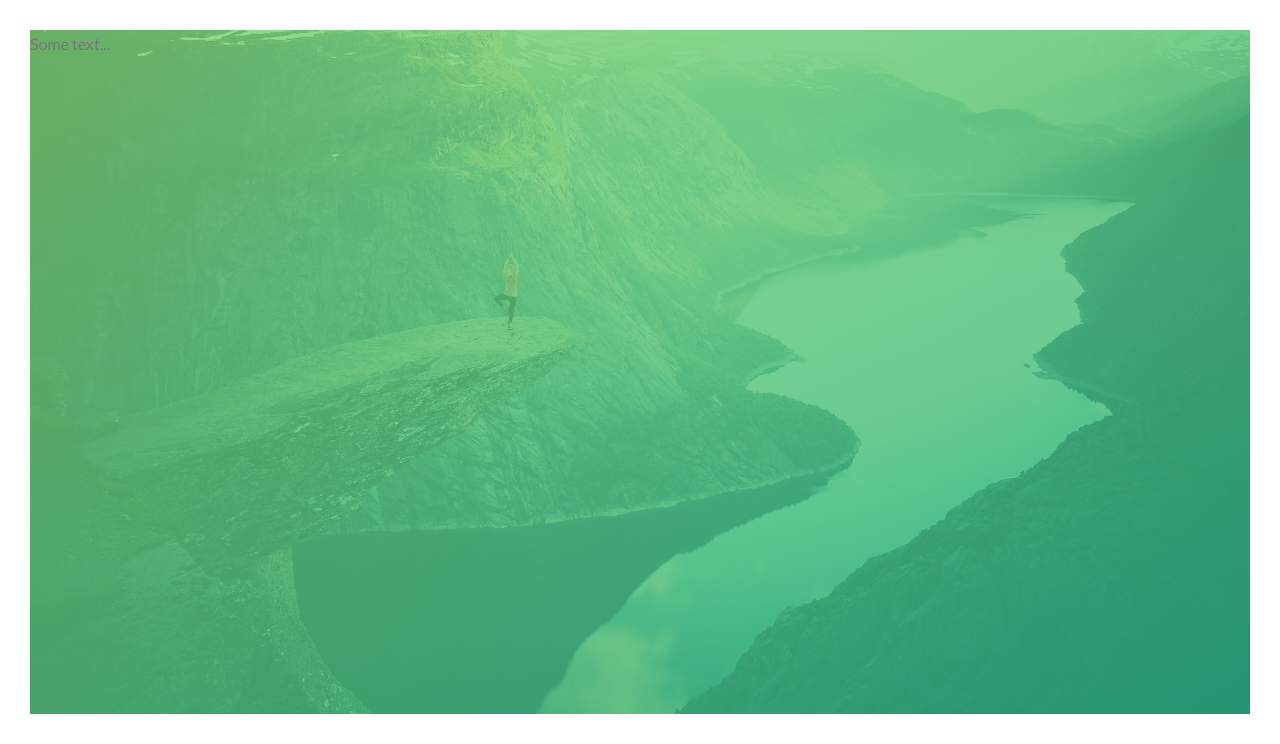
Repository: kamilluc/advanced-css-course
Page: Natours/my-implementation/index.html
An editor plug-in stored every save of this project. The page is shown before and after the next save, followed by the edit.
The browser window is 1280 px wide. The pictures show the whole page.

Above is the page before, as saved 2019-05-24 21:01:09.

### Natours/my-implementation/index.html
<!DOCTYPE html>
<html lang="en">
  <head>
    <meta charset="UTF-8" />
    <meta name="viewport" content="width=device-width, initial-scale=1.0" />

    <link
      href="https://fonts.googleapis.com/css?family=Lato:100,300,400,700,900"
      rel="stylesheet"
    />

    <link rel="stylesheet" href="css/icon-font.css" />
    <link rel="stylesheet" href="css/style.css" />
    <link rel="shortcut icon" type="image/png" href="img/favicon.png" />

    <title>Natours | Exciting tours for adventurous people</title>
  </head>
  <body>
    <!-- HEADER -->
    <header class="header">
      Some text...
    </header>
  </body>
</html>

### Natours/my-implementation/css/style.css
/*
COLORS:

Light green: #7ed56f
Medium green: #55c57a
Dark green: #28b485

*/

/* BASIC RESET, NORMALIZE COULD BE USED BUT NOT REALLY NEEDED */
*,
::before,
::after {
  margin: 0;
  padding: 0;
  box-sizing: border-box;
}

/* FONTS SETTING HERE, NOT IN * CUZ THEY ARE INHERITED */
body {
  font-family: "Lato", sans-serif;
  font-weight: 400;
  font-size: 16px;
  line-height: 1.7;
  color: #777;
  padding: 30px;
}

.header {
  height: 95vh;
  background-image: linear-gradient(
      to right bottom,
      rgba(126, 213, 111, 0.8),
      rgba(40, 180, 131, 0.8)
    ),
    url("../img/hero.jpg");
  background-size: cover;
  background-position: top;
}

Loaded but not shown: Natours/my-implementation/css/icon-font.css (no copy from this time; the picture is the same without it)

After the next save:
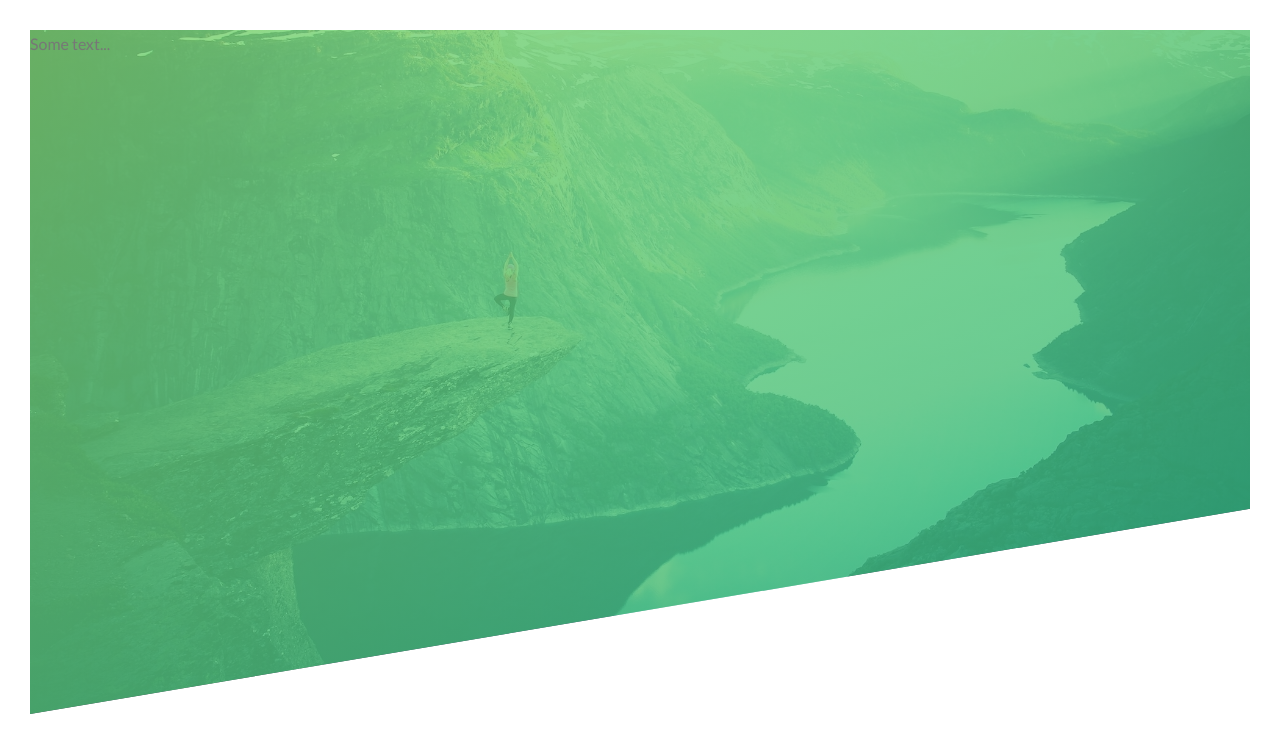
Saved 2 min 23 s later.
--- a/Natours/my-implementation/css/style.css
+++ b/Natours/my-implementation/css/style.css
@@ -36,4 +36,5 @@ body {
     url("../img/hero.jpg");
   background-size: cover;
   background-position: top;
+  clip-path: polygon(0 0, 100% 0, 100% 70%, 0 100%);
 }
